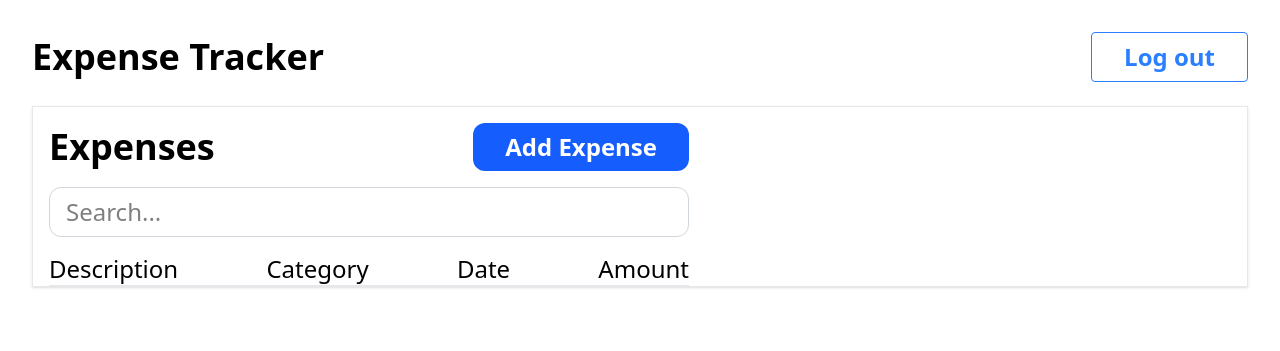
Repository: Syed-Mohsin-Ali786/frontend-expense-tracker
Page: /
The author's editor kept a copy of each file at every save. The page is drawn from the files as they stood at one save, then again after the next save.
The browser window is 1280 px wide. The pictures show the whole page.
The project was rebuilt for these pictures with package versions that can differ from the ones it lists, and the page was loaded fresh each time.

Above is the page before, as saved 2025-09-28 14:25:27.

### src/App.tsx
import "./App.css";

function App() {
  return (
    <div className=" mt-4 mx-4 p-4">
      {/* Header */}
      <header className="flex items-center justify-between">
        <h1 className="text-4xl  font-semibold">Expense Tracker</h1>
        <button className=" border border-blue-500 py-2 px-3 md:px-6 lg:px-8 rounded font-semibold text-blue-500 text-2xl ">
          Log out
        </button>
      </header>

      {/* The main page */}
      <section className="mt-6 shadow border-gray-200 border px-4">
        {/* Expenses */}
        <div className="flex flex-col w-[50vw] justify-between mt-4">
          <div className="flex justify-between items-center ">
          <h1 className="text-4xl  font-semibold">Expenses</h1>
          <button className=" bg-blue-600  py-2 px-3 md:px-6 lg:px-8 rounded-[12px] font-semibold text-[#ffff] text-2xl">
            Add Expense
          </button>
          </div>
          <div>
          <input type="text" placeholder="Search..."  className="py-2 px-4 w-full text-2xl border-gray-300 border rounded-[12px] mt-4 "/>
          <div className="flex text-2xl items-center justify-between mt-4 border-gray-200 border-b">
            <p>Description</p>
            <p>Category</p>
            <p>Date</p>
            <p>Amount</p>
          </div>
          </div>
        </div>
        {/* Charts */}
        <div></div>
      </section>
    </div>
  );
}

export default App;

Loaded but not shown: index.html (common file); src/main.tsx (common file); src/App.css (common file)

After the next save:
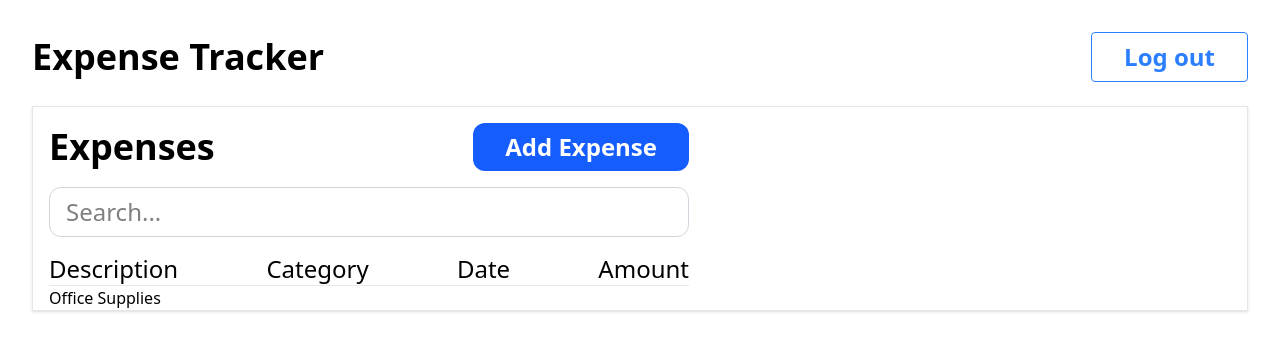
Saved 39 s later.
--- a/src/App.tsx
+++ b/src/App.tsx
@@ -29,6 +29,7 @@ function App() {
             <p>Date</p>
             <p>Amount</p>
           </div>
+          <p>Office Supplies</p>
           </div>
         </div>
         {/* Charts */}
